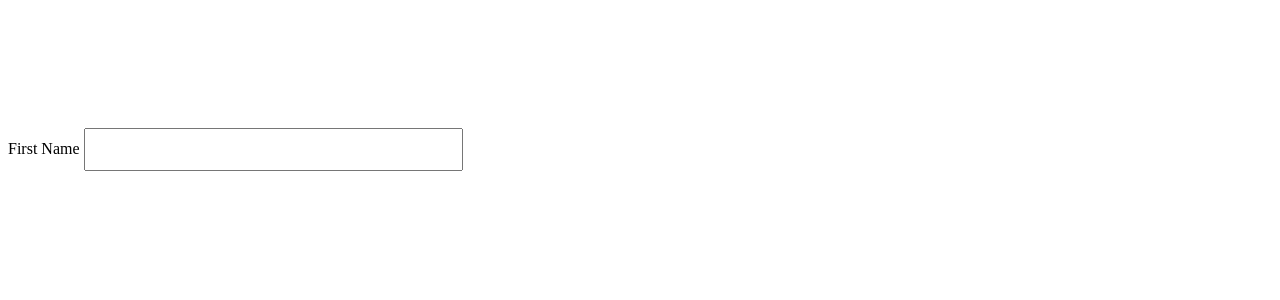
Repository: mubashirkhan1/Corejsvs__Programs
Page: http://localhost/TestWeb/WebContent/hiddenform.jsp
These files come from the project's save history. The page is drawn as it stood at one moment and after the next save; the edit follows.
The browser window is 1280 px wide. The pictures show the whole page.
The page is served by Tomcat 9. Other server files are loaded and not shown.

Above is the page before, as saved 2021-03-09 22:58:44.

### basicprogram/TestWeb/WebContent/hiddenform.jsp
<%@ page language="java" contentType="text/html; charset=ISO-8859-1"
    pageEncoding="ISO-8859-1"%>
<!DOCTYPE html>
<html>
<head>
<meta charset="ISO-8859-1">
<title>Insert title here</title>
</head>
<style>
input[type=text] {
  width: 30%;
  padding: 12px 20px;
  margin: 120px 0;
   box-sizing: border-box;

}
</style>
<body>
<form>
  <label for="fname">First Name</label>
  <input type="text" id="fname" name="fname">
</form>
</body>
</html>

After the next save:
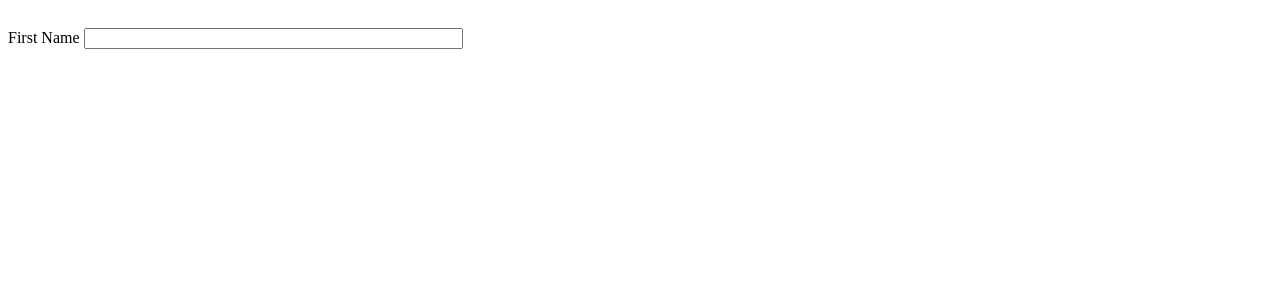
Saved 23 s later.
--- a/basicprogram/TestWeb/WebContent/hiddenform.jsp
+++ b/basicprogram/TestWeb/WebContent/hiddenform.jsp
@@ -9,8 +9,8 @@
 <style>
 input[type=text] {
   width: 30%;
-  padding: 12px 20px;
-  margin: 120px 0;
+
+  margin: 20px 0;
    box-sizing: border-box;
 
 }
